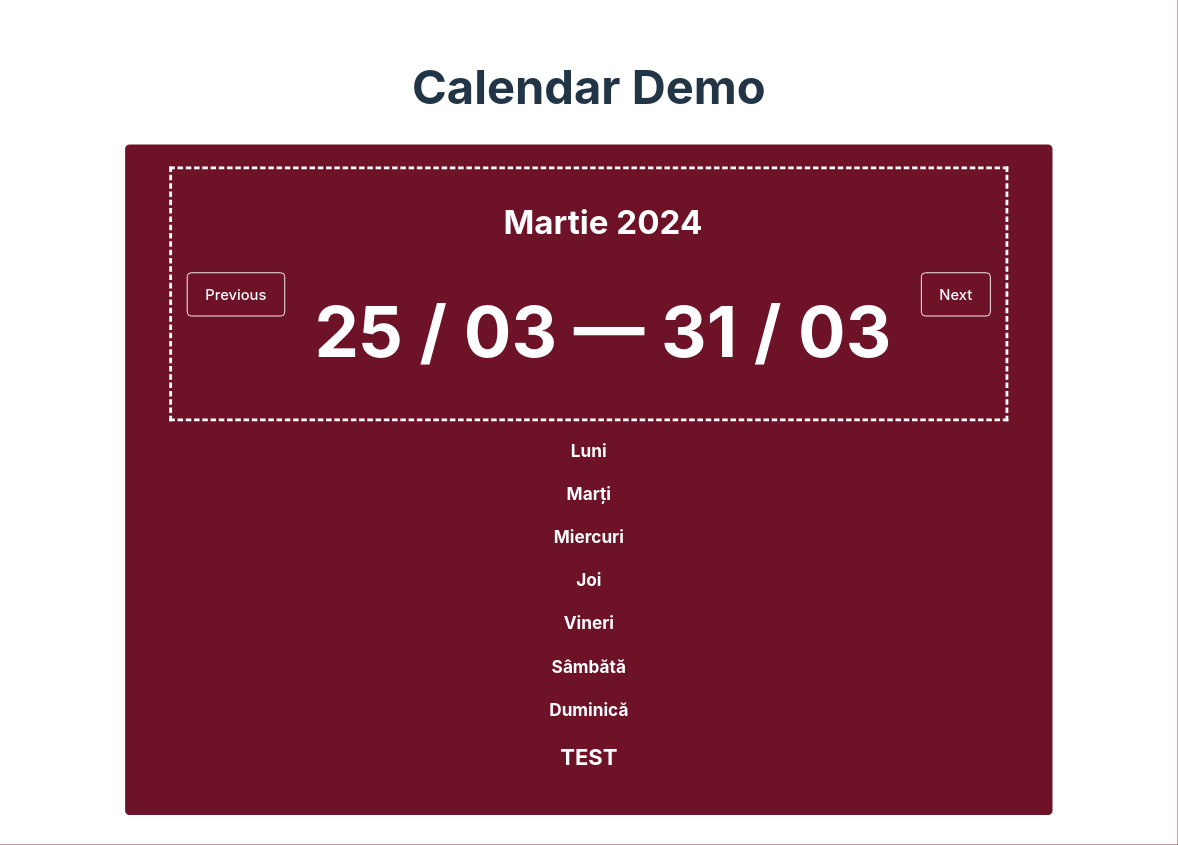
Repository: Maryie-B/weekly-calendar-scheduler
Page: /
An editor plug-in stored every save of this project. The page is shown before and after the next save, followed by the edit.
The browser window is 1280 px wide. The pictures show the whole page, at 92% of full size.
The project was rebuilt for these pictures with package versions that can differ from the ones it lists, and the page was loaded fresh each time. Also part of the build but not shown: vite.config.js.

Above is the page before, as saved 2024-03-26 15:05:14.

### src/App.jsx
import './App.css'
import CalendarHeader from './CalendarHeader'
import CalendarDays from './CalendarDays'

function App() {

  return (
    <>
      <h1>Calendar Demo</h1>
      <div className='calendar-wrapper'>

        <CalendarHeader />
        <CalendarDays />
      </div>
    </>
  )
}

export default App

### src/App.css
#root {
  max-width: 1280px;
  margin: 0 auto;
  padding: 2rem;
  text-align: center;
}

.calendar-wrapper {
  background-color: rgb(110, 18, 40);
  color: white;
  padding: 1.5rem 3rem;
  border-radius: 0.3rem;
}

.calendar-header {
  display: flex;
  flex-direction: row;
  border-color: white;
  border-style: dashed;
  align-items: center;
  justify-content: center;
}


.calendar-button {
  background-color: rgba(0, 0, 0, 0);
  height: 3rem;
  align-items: center;
  justify-content: center;
  border-color: white;
  border-radius: 0.3rem;
  color: white;
  font-size: 1rem;
  margin: 1rem;
}

.calendar-text {
  font-size: 1.5rem;
  padding: 0rem 1rem;
}

.days-header {
  flex-direction: row;
  border-color: white;
  border-style: dotted;
  border: 0.3rem;
}

### src/CalendarHeader.jsx
import { useState, useEffect } from "react";

const CalendarHeader = () => {
  const [currentWeekStart, setCurrentWeekStart] = useState(() => {
      const now = new Date();
      const currentDay = now.getDay();
      const untilMonday = currentDay === 0 ? 6 : currentDay - 1;
      now.setDate(now.getDate() - untilMonday);
      return now;
  });

  const [currentWeekEnd, setCurrentWeekEnd] = useState(() => {
    const end = new Date(currentWeekStart);
    end.setDate(currentWeekStart.getDate() + 6);
    return end;
  });

  useEffect(() => {
    const end = new Date(currentWeekStart);
    end.setDate(currentWeekStart.getDate() + 6);
    console.log(end, '- from useEffect');
    setCurrentWeekEnd(end);
  }, [currentWeekStart]);

  const handleGoToPreviousWeek = () => {
    setCurrentWeekStart((prevDate) => {
        const newDate = new Date(prevDate);
        newDate.setDate(newDate.getDate() - 7);
        console.log(newDate, '-- from handleGoToPrevWeek');
        return newDate;
    });
  };

  const handleGoToNextWeek = () => {
    setCurrentWeekStart((prevDate) => {
        const newDate = new Date(prevDate);
        newDate.setDate(newDate.getDate() + 7);
        console.log(newDate, '-from handle NEXTdate');
        return newDate;
    });
  };

  const startMonth = currentWeekStart.getMonth();
  const endMonth = currentWeekEnd.getMonth();
  const startYear = currentWeekStart.getFullYear();
  const endYear = currentWeekEnd.getFullYear();

  const monthsNames = ['Ianuarie', 'Februarie', 'Martie', 'Aprilie',
                        'Mai', 'Iunie', 'Iulie', 'August', 'Septembrie', 'Octombrie', 'Noiembrie', 'Decembrie'];

  let calendarHeader = `${monthsNames[startMonth]} ${startYear}`;
  if (startMonth !== endMonth || startYear !== endYear) {
    calendarHeader += ` — ${monthsNames[endMonth]} ${endYear} `
  }

  let weekStartMonthNumber = currentWeekStart.getMonth() + 1;
  let weekEndMonthNumber = currentWeekEnd.getMonth() + 1;

  weekStartMonthNumber = weekStartMonthNumber < 10 ? `0${weekStartMonthNumber}` : weekStartMonthNumber;
  weekEndMonthNumber = weekEndMonthNumber < 10 ? `0${weekEndMonthNumber}` : weekEndMonthNumber;

  const datesRange = `${currentWeekStart.getDate()} / ${weekStartMonthNumber} — ${currentWeekEnd.getDate()} / ${weekEndMonthNumber}`;

  return (
    <div className="calendar-header">
        <button className='calendar-button' onClick={handleGoToPreviousWeek}>Previous</button>
        <div className="calendar-text">
        <h2>{calendarHeader}</h2>
        <h1>{datesRange}</h1>
        </div>
        <button className='calendar-button' onClick={handleGoToNextWeek}>Next</button>
    </div>
  )
}

export default CalendarHeader;

### src/CalendarDays.jsx
import { useState } from "react"

const CalendarDays = () => {
  const weekDays = ['Luni', 'Marți', 'Miercuri', 'Joi', 'Vineri', 'Sâmbătă', 'Duminică']

  return (
    <div>
      {weekDays.map((day, index) => {
        return (
        <div className="days-header" key={index}>
           <h3>{day}</h3>
        </div>
        )
      })}
      <h2>TEST</h2>
    </div>
  )
}

export default CalendarDays

Loaded but not shown: index.html (common file); src/main.jsx (common file); src/index.css (common file)

After the next save:
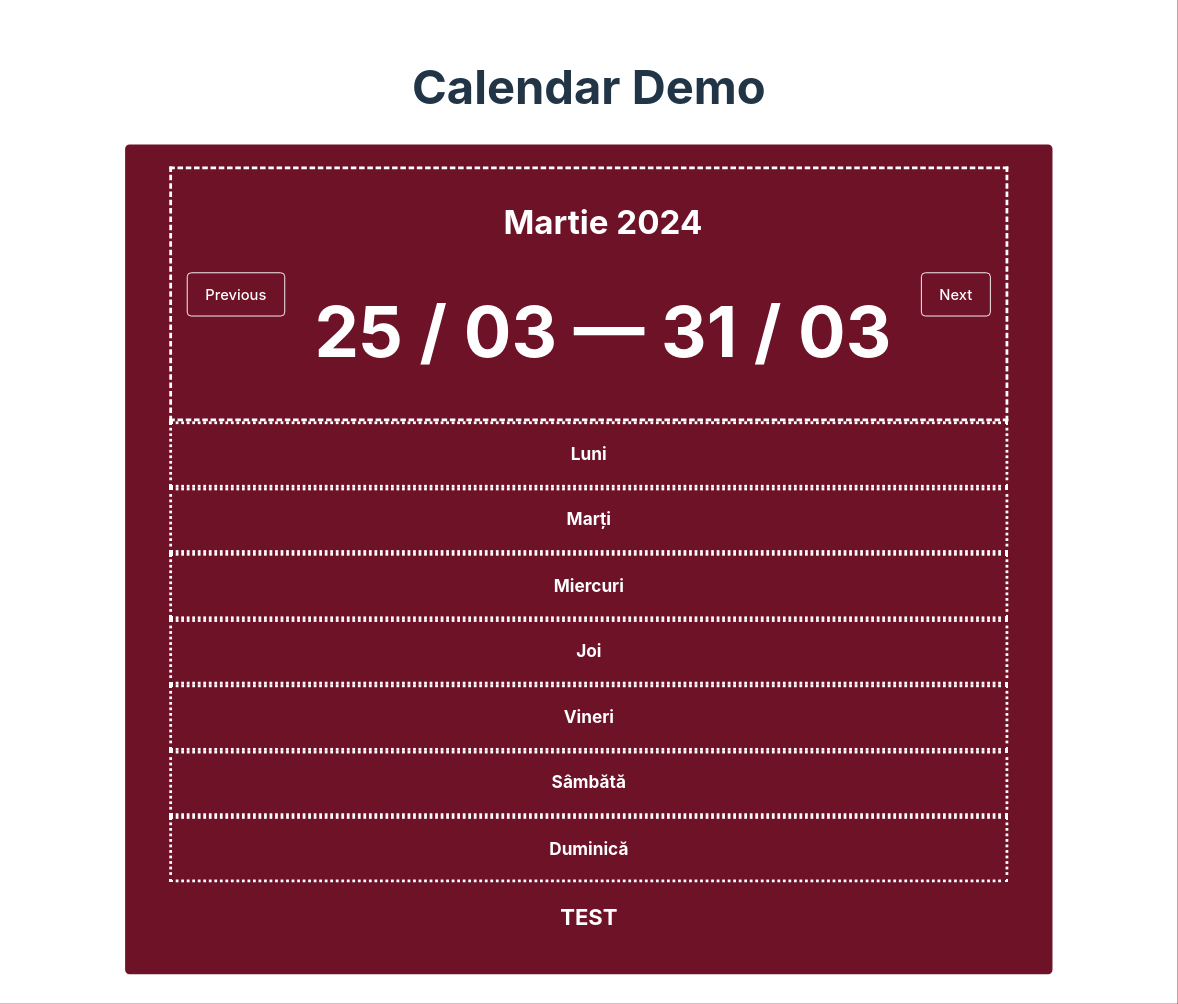
Saved 9 s later.
--- a/src/App.css
+++ b/src/App.css
@@ -43,5 +43,5 @@
   flex-direction: row;
   border-color: white;
   border-style: dotted;
-  border: 0.3rem;
+  /* border: 0.3rem; */
 }
